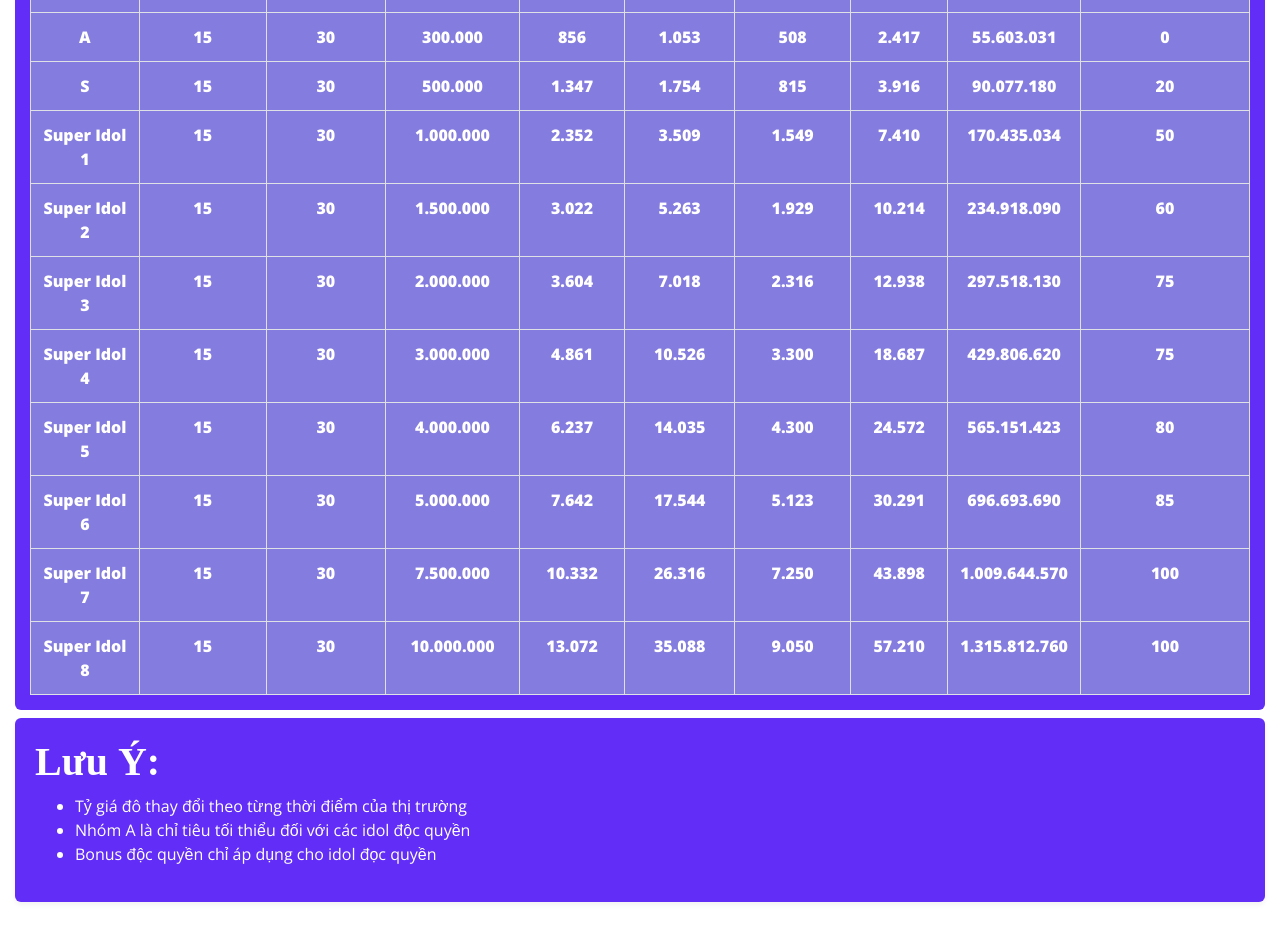
Repository: dav1601/nimo-work
Page: index.html
The author's editor kept a copy of each file at every save. The page is drawn from the files as they stood at one save, then again after a run of saves.
The browser window is 1280 px wide. The pictures show the part of the page from y = 609 to 1561 px (the page is 1543 px tall before and 1561 px after).
A picture or video elsewhere on the page could not be fetched, so the positions and the page height are approximate.

Above is the page before, as saved 2022-04-15 01:26:45.

After the next 3 saves:
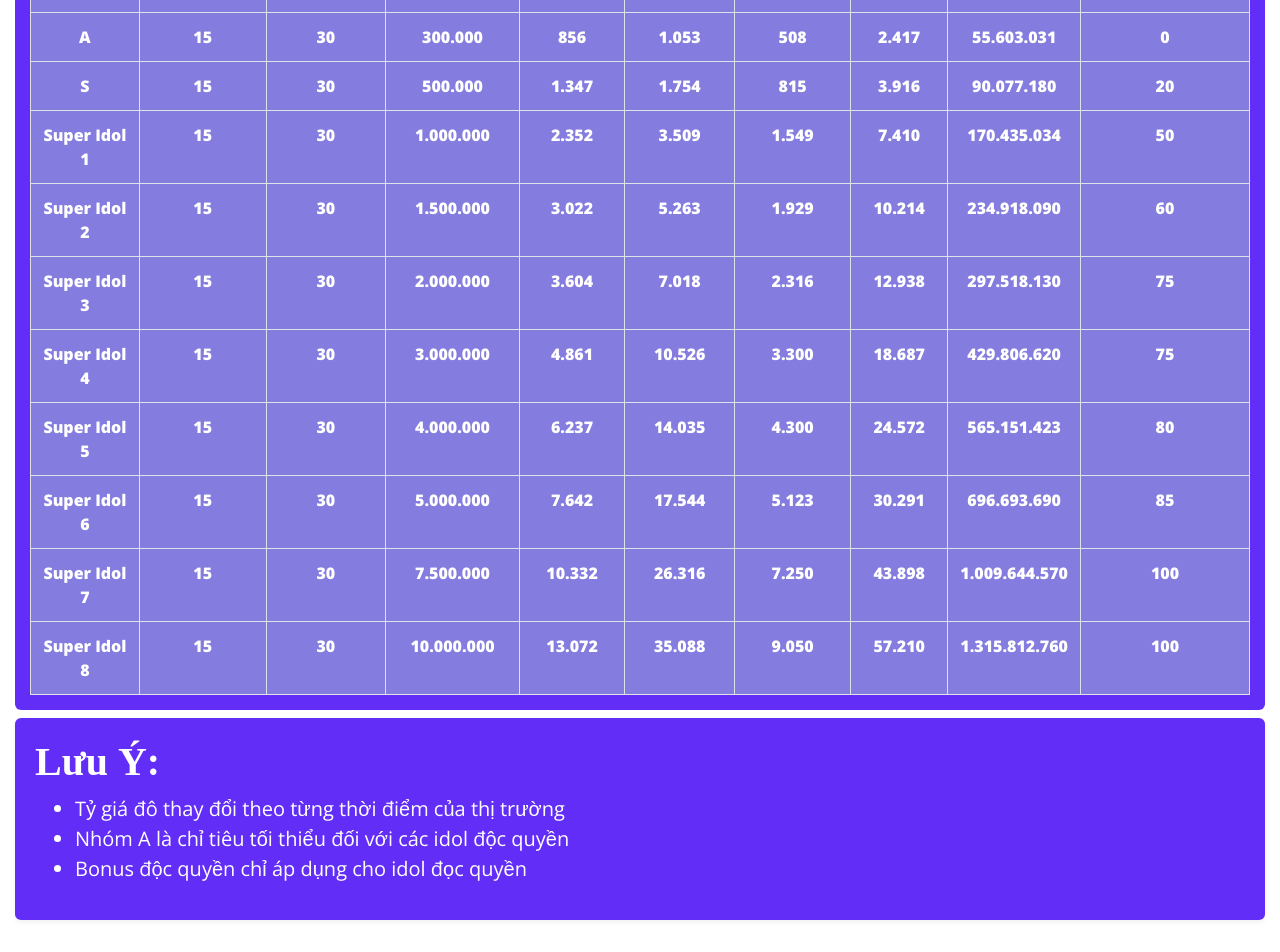
The 3 saves are shown as one change because they came seconds apart.
The last was saved 33 s later.
--- a/index.html
+++ b/index.html
@@ -107,7 +107,10 @@
             font-size: 16px;
             font-weight: 900;
         }
-
+        li {
+            font-size: 20px;
+            m
+        }
         header:before,
         header:after {
             content: "";
